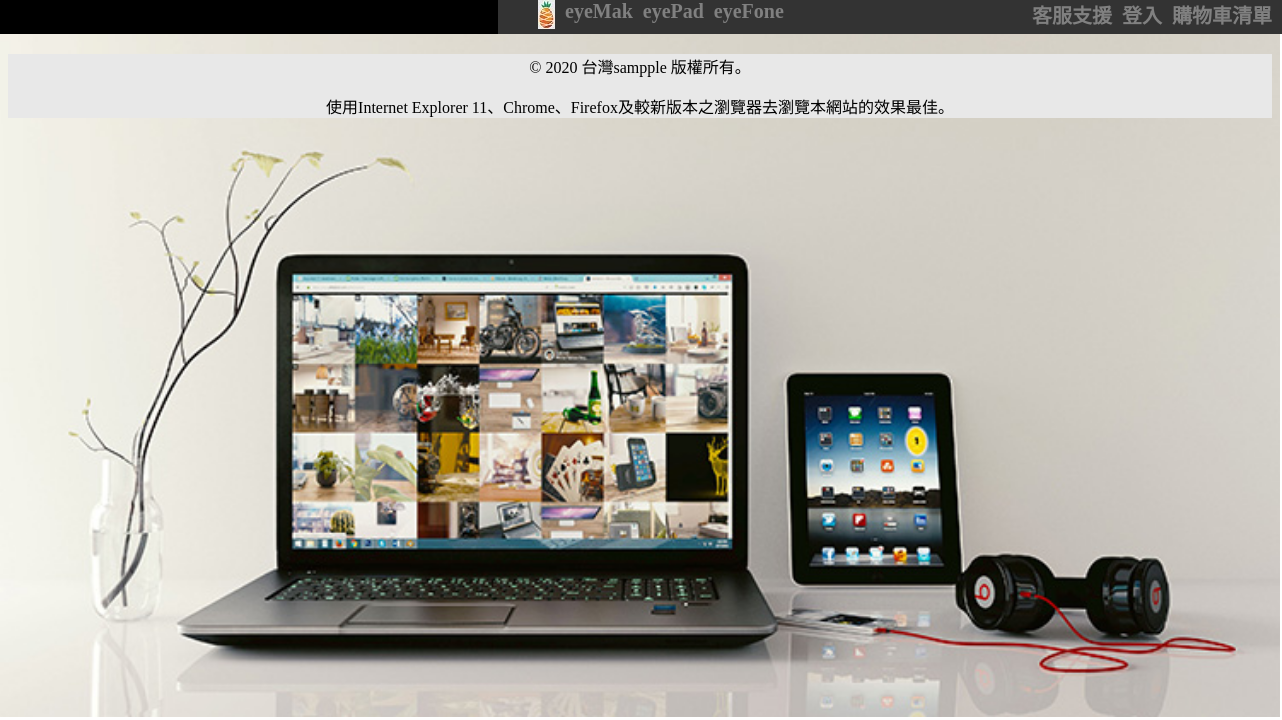
Repository: Vincent4142/NewFinalProject
Page: http://localhost/FinalProject/
An editor plug-in stored every save of this project. The page is shown before and after the next save, followed by the edit.
The browser window is 1280 px wide. The page is 1282 px wide, so the pictures cover 1282 px, including what lies to the right of the window. The pictures show the whole page.
The page is served by Tomcat 9.

Above is the page before, as saved 2020-04-09 06:11:50.

After the next save:
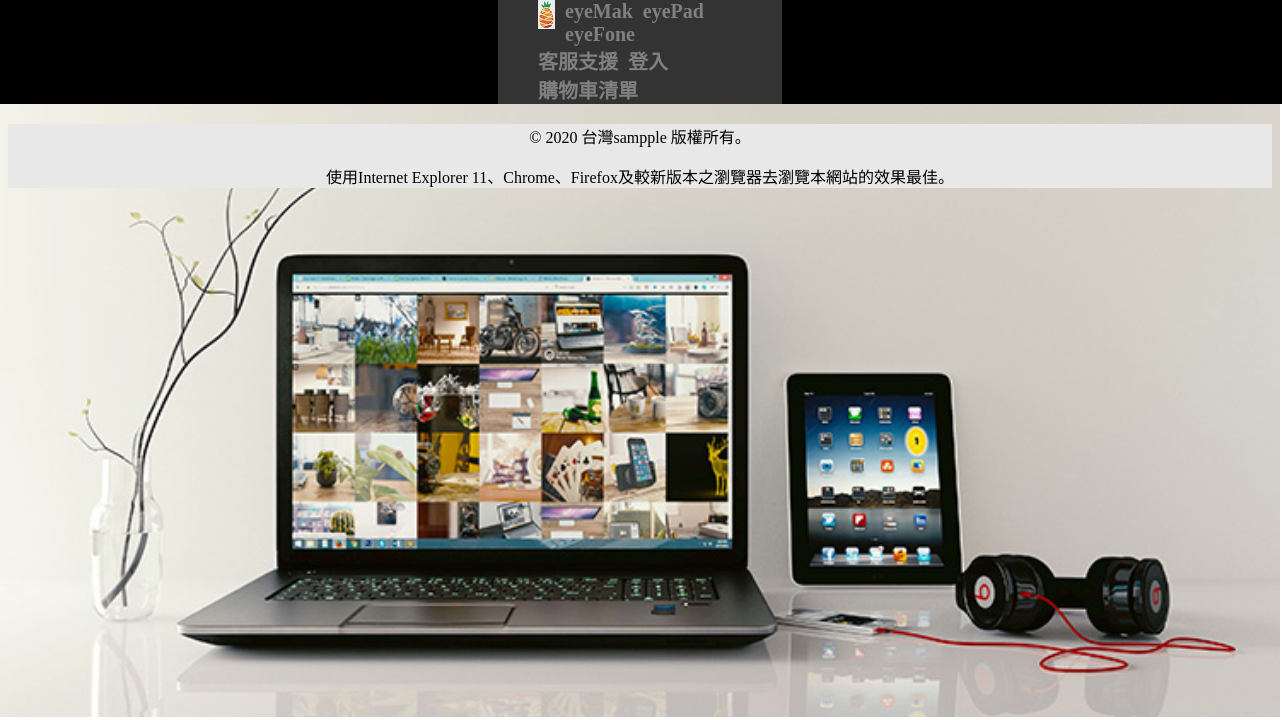
Saved 19 s later.
--- a/FinalProject/WebContent/fragment/indexTOP.jsp
+++ b/FinalProject/WebContent/fragment/indexTOP.jsp
@@ -8,7 +8,8 @@
 
 <style type="text/css">
 .nav {
-padding-left:500px;
+	padding-left:500px;
+	padding-right:500px;
 	margin-top: -20px;
 	margin-left: -10px;
 	margin-right: -10px;
